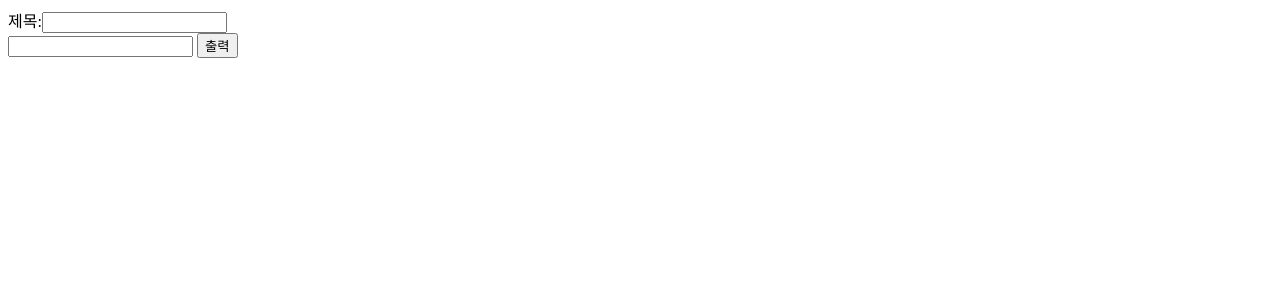
Repository: odreeblue/Study_ServletJSP
Page: jsp/workspace/JSPPrj/src/main/webapp/reg.html
These files come from the project's save history. The page is drawn as it stood at one moment and after the next save; the edit follows.
The browser window is 1280 px wide. The pictures show the whole page.

Above is the page before, as saved 2023-02-05 13:09:55.

### jsp/workspace/JSPPrj/src/main/webapp/reg.html
<!DOCTYPE html>
<html>
<head>
<meta charset="UTF-8">
<title>Insert title here</title>
</head>
<body>
	<div>
		<form action="notice-reg"> <!-- servlet 매핑 주소 입력 예: http://.../notice-reg -->
			<div>
				<label>제목:</label><input type="text">
			</div>
			<div>
				<input type="text" name="cnt"/><!-- 예  http://.../hi?cnt=3 -->
				<input type="submit" value="출력"/>

			</div>
		</form>

	</div>

</body>
</html>

After the next save:
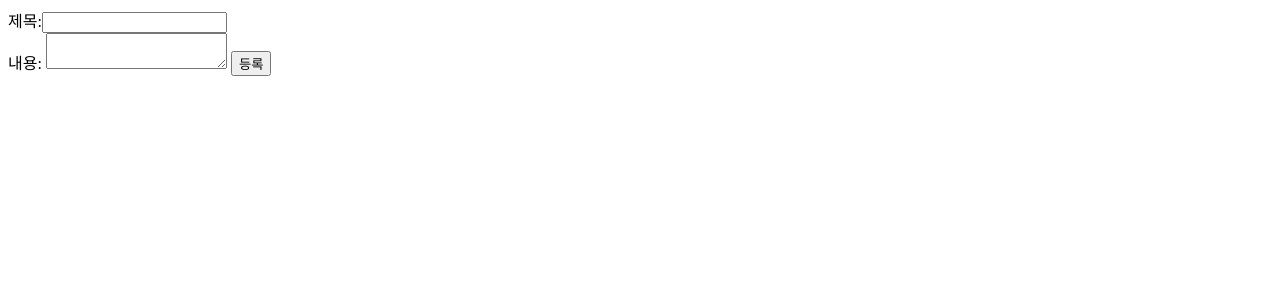
Saved 80 s later.
--- a/jsp/workspace/JSPPrj/src/main/webapp/reg.html
+++ b/jsp/workspace/JSPPrj/src/main/webapp/reg.html
@@ -11,8 +11,10 @@
 				<label>제목:</label><input type="text">
 			</div>
 			<div>
-				<input type="text" name="cnt"/><!-- 예  http://.../hi?cnt=3 -->
-				<input type="submit" value="출력"/>
+				<label>내용:</label>
+				<textarea name="content"></textarea>
+
+				<input type="submit" value="등록"/>
 
 			</div>
 		</form>
